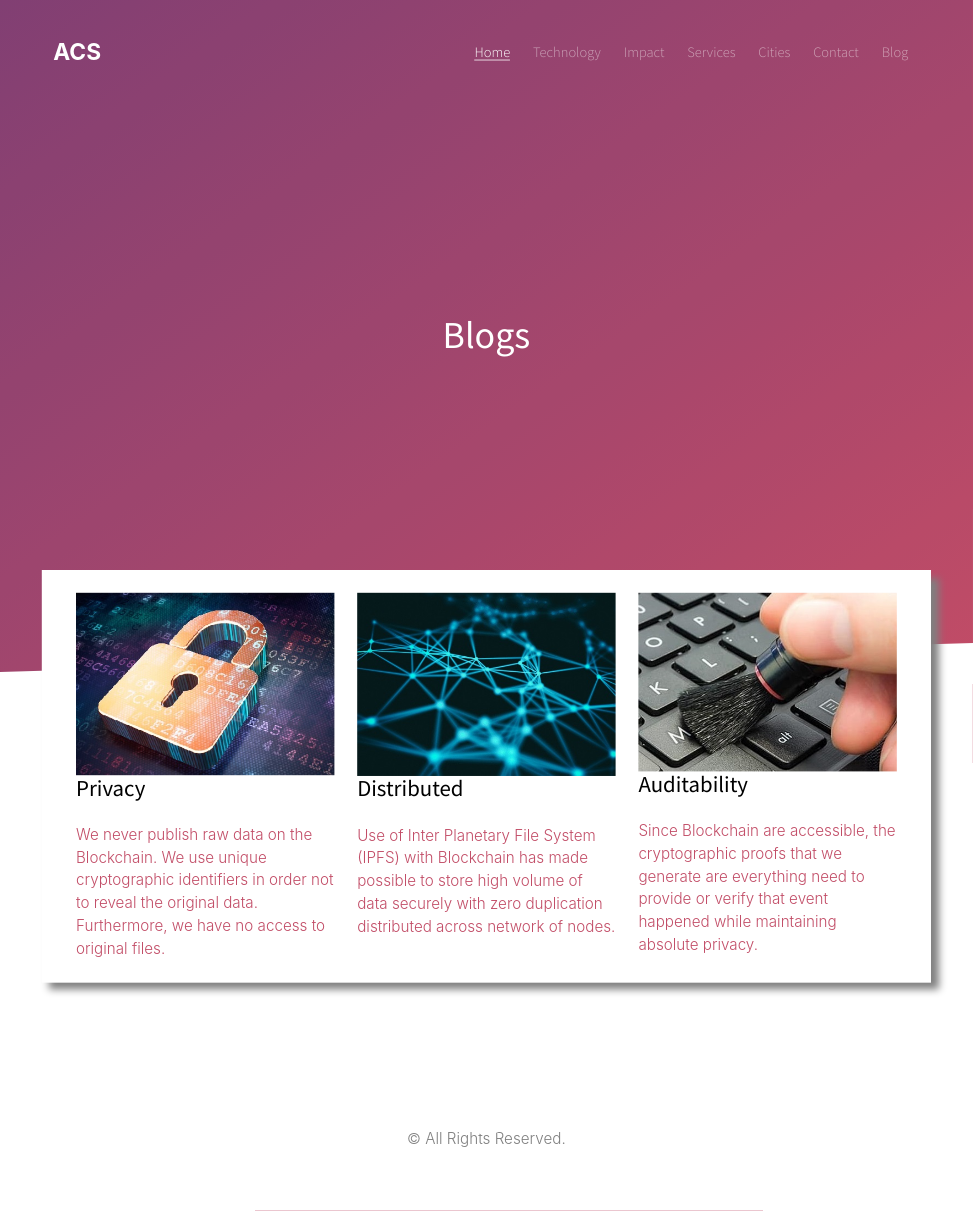
Repository: agarwalrahul-22/acs
Page: /blog
An editor plug-in stored every save of this project. The page is shown before and after the next save, followed by the edit.
The browser window is 1280 px wide. The pictures show the whole page, at 76% of full size.
Some web fonts or font styles are not loaded; a fallback is used. The project was rebuilt for these pictures with package versions that can differ from the ones it lists, and the page was loaded fresh each time. Also part of the build but not shown: src/components/main/LandingComponent.js, src/components/main/TechComponent.js, src/components/main/ImpactComponent.js, src/components/main/ServicesComponent.js, src/components/main/CitiesComponent.js, src/components/MainComponent.js.

Above is the page before, as saved 2022-10-10 22:07:41.

After the next save:
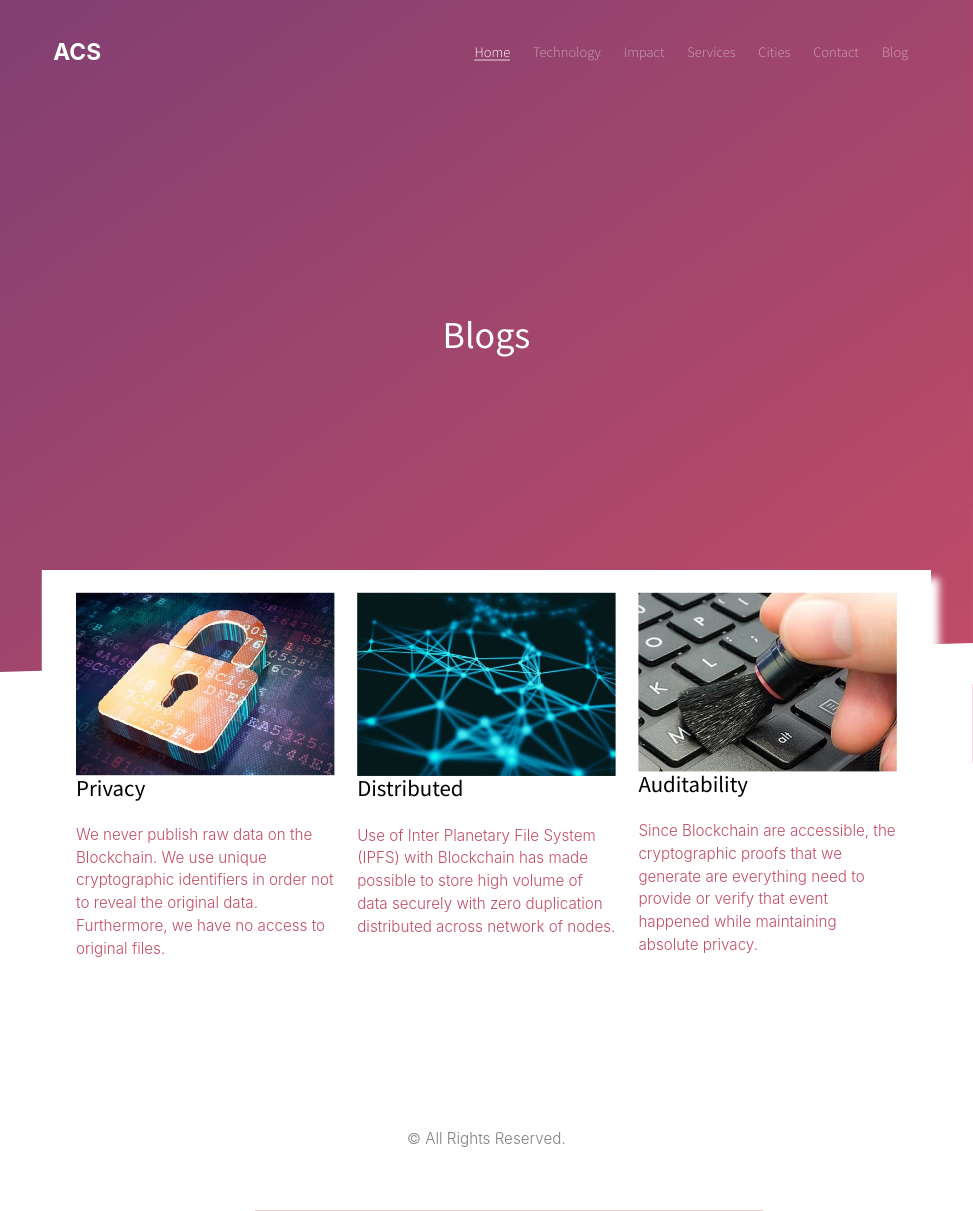
Saved 9 s later.
--- a/src/components/BlogComponent.js
+++ b/src/components/BlogComponent.js
@@ -30,7 +30,7 @@ function BlogComponent() {
       <section id="fh5co-intro">
         <div className="container">
           <div className="row row-bottom-padded-lg"
-          style={{backgroundColor:'white', padding:'30px', boxShadow:'10px 10px 10px grey'}}
+          style={{backgroundColor:'white', padding:'30px', boxShadow:'10px 10px 10px white'}}
           >
             <div className="col-md-4 col-sm-6 col-xxs-12">
               <a
